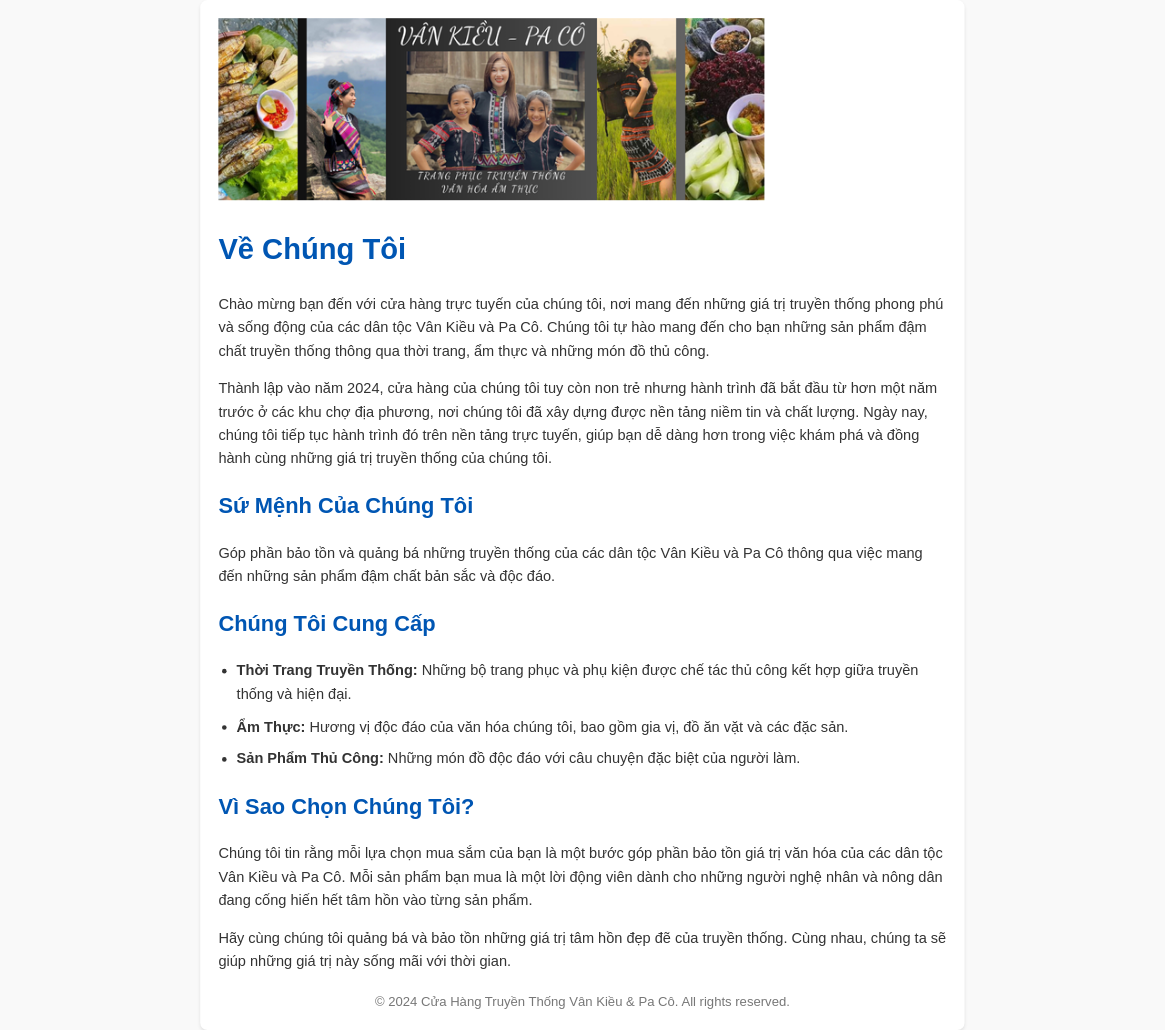
Repository: DangVai/LocalProduct
Page: http://localhost/LocalProduct/Views/frontend/aboutus.php
These files come from the project's save history. The page is drawn as it stood at one moment and after a run of saves; the edit follows.
The browser window is 1280 px wide. The pictures show the whole page, at 91% of full size.
The page is run by PHP 8.4 with error messages shown; the project is at /var/www/html/.

Above is the page before, as saved 2024-12-31 08:56:45.

### Views/frontend/aboutus.php
<!DOCTYPE html>
<html lang="vi">

<head>
    <meta charset="UTF-8">
    <meta name="viewport" content="width=device-width, initial-scale=1.0">
    <title>Về Chúng Tôi</title>
    <link rel="stylesheet" href="/LocalProduct/public/css/aboutus.css">
</head>

<body>
    <div class="container">
        <div class="banner">
            <img src="/LocalProduct/public/images/Vân Kiều - Pa Cô.png " alt="Banner ">
        </div>
        <h1>Về Chúng Tôi</h1>
        <p>Chào mừng bạn đến với cửa hàng trực tuyến của chúng tôi, nơi mang đến những giá trị truyền thống phong phú và sống động của các dân tộc Vân Kiều và Pa Cô. Chúng tôi tự hào mang đến cho bạn những sản phẩm đậm chất truyền thống thông qua thời trang, ẩm thực và những món đồ thủ công.</p>

        <p>Thành lập vào năm 2024, cửa hàng của chúng tôi tuy còn non trẻ nhưng hành trình đã bắt đầu từ hơn một năm trước ở các khu chợ địa phương, nơi chúng tôi đã xây dựng được nền tảng niềm tin và chất lượng. Ngày nay, chúng tôi tiếp tục hành trình đó trên nền tảng trực tuyến, giúp bạn dễ dàng hơn trong việc khám phá và đồng hành cùng những giá trị truyền thống của chúng tôi.</p>

        <h2>Sứ Mệnh Của Chúng Tôi</h2>
        <p>Góp phần bảo tồn và quảng bá những truyền thống của các dân tộc Vân Kiều và Pa Cô thông qua việc mang đến những sản phẩm đậm chất bản sắc và độc đáo.</p>

        <h2>Chúng Tôi Cung Cấp</h2>
        <ul>
            <li><strong>Thời Trang Truyền Thống:</strong> Những bộ trang phục và phụ kiện được chế tác thủ công kết hợp giữa truyền thống và hiện đại.</li>
            <li><strong>Ẩm Thực:</strong> Hương vị độc đáo của văn hóa chúng tôi, bao gồm gia vị, đồ ăn vặt và các đặc sản.</li>
            <li><strong>Sản Phẩm Thủ Công:</strong> Những món đồ độc đáo với câu chuyện đặc biệt của người làm.</li>
        </ul>

        <h2>Vì Sao Chọn Chúng Tôi?</h2>
        <p>Chúng tôi tin rằng mỗi lựa chọn mua sắm của bạn là một bước góp phần bảo tồn giá trị văn hóa của các dân tộc Vân Kiều và Pa Cô. Mỗi sản phẩm bạn mua là một lời động viên dành cho những người nghệ nhân và nông dân đang cống hiến hết tâm hồn vào từng sản phẩm.</p>

        <p>Hãy cùng chúng tôi quảng bá và bảo tồn những giá trị tâm hồn đẹp đẽ của truyền thống. Cùng nhau, chúng ta sẽ giúp những giá trị này sống mãi với thời gian.</p>

        <div class="footer">&copy; 2024 Cửa Hàng Truyền Thống Vân Kiều & Pa Cô. All rights reserved.</div>
    </div>
</body>

</html>

### public/css/aboutus.css
  body {
      font-family: Arial, sans-serif;
      line-height: 1.6;
      margin: 0;
      padding: 0;
      background-color: #f9f9f9;
      color: #333;
  }

  .container {
      max-width: 800px;
      margin: 0 auto;
      padding: 20px;
      background: #fff;
      box-shadow: 0 2px 4px rgba(0, 0, 0, 0.1);
      border-radius: 8px;
  }

  h1,
  h2 {
      color: #0056b3;
  }

  ul {
      padding-left: 20px;
  }

  li {
      margin-bottom: 10px;
  }

  .footer {
      text-align: center;
      margin-top: 20px;
      font-size: 0.9em;
      color: #777;
  }

### index.php
<?php
require './Config/db.php';
require './Models/BaseModel.php';
// Import tệp chứa lớp cơ bản cho các Controllers
require './Controllers/BaseController.php';

// Lấy tên controller từ tham số 'controller' trong URL
$controllersName = ucfirst(strtolower($_REQUEST['controller'] ?? 'index')) . 'Controller'; // Default to 'IndexController'

// Lấy tên action từ tham số 'action' trong URL
$actionName = $_REQUEST['action'] ?? 'introduction'; // Default to 'introduction'

// Đường dẫn đến tệp Controller tương ứng
$controllerPath = './Controllers/' . $controllersName . '.php';

// Kiểm tra xem tệp Controller có tồn tại không
if (!file_exists($controllerPath)) {
    error_log("Controller file '{$controllersName}.php' not found.");
    exit("Controller not found");
}

require $controllerPath; // Nhúng file Controller

// Kiểm tra xem lớp Controller có tồn tại không
if (!class_exists($controllersName)) {
    error_log("Controller class '{$controllersName}' not found.");
    exit("Controller class not found");
}

// Tạo đối tượng từ lớp Controller đã nhập
$controllerObject = new $controllersName();

// Kiểm tra xem có yêu cầu 'handleLogin' từ controller 'user'
if ($_SERVER['REQUEST_METHOD'] === 'POST' && $_GET['controller'] === 'user' && $_GET['action'] === 'handleLogin') {
    $controllerObject->handleLogin();  // Gọi phương thức handleLogin từ đối tượng hiện tại
}

// Kiểm tra xem phương thức (action) có tồn tại không
if (!method_exists($controllerObject, $actionName)) {
    error_log("Action '{$actionName}' not found in '{$controllersName}' controller.");
    exit("Action not found");
}

// Lấy danh sách tham số của phương thức
$actionNameArgs = $controllerObject->get_func_argNames($actionName);

// Kiểm tra nếu phương thức có tham số và extract chúng từ $_REQUEST
$intersectKeys = extractProperties($_REQUEST, $actionNameArgs);

$controllerObject->$actionName(...array_values($intersectKeys));

// Hàm lấy tên các tham số của phương thức
function extractProperties(array $array, array $keys): array
{
    return array_intersect_key($array, array_flip($keys));
}

### Config/db.php
<?php
class db
{
protected $connect;

public function __construct()
{
$host = 'localhost';
$dbname = 'localProducts';
$username = 'root';
$password = '';

$this->connect = new mysqli($host, $username, $password, $dbname);

if ($this->connect->connect_error) {
die("Connection failed: " . $this->connect->connect_error);
}
}

public function getConnection()
{
return $this->connect;
}
}

### Models/BaseModel.php
<?php
class BaseModel extends db
{
    protected $table_name;

    public function __construct(string $table_name)
    {
        parent::__construct(); // Gọi constructor của class db
        $this->table_name = $table_name;
    }

    public function all()
    {
        $result = $this->connect->query("SELECT * FROM $this->table_name");
        return $result->fetch_all(MYSQLI_ASSOC);
    }

    public function find($id)
    {
        $stmt = $this->connect->prepare("SELECT * FROM $this->table_name WHERE id = ?");
        $stmt->bind_param("i", $id);
        $stmt->execute();
        $result = $stmt->get_result();
        return $result->fetch_assoc();
    }

    // public function findByUsername($username)
    // {
    //     $stmt = $this->connect->prepare("SELECT * FROM $this->table_name WHERE Name = ?");
    //     $stmt->bind_param("s", $username);
    //     $stmt->execute();
    //     $result = $stmt->get_result();
    //     return $result->fetch_assoc();
    // }

    public function store($columns, $values)
    {
        $columns_str = implode(',', $columns);
        $placeholders = implode(',', array_fill(0, count($values), '?'));
        $types = str_repeat('s', count($values)); // Giả sử tất cả đều là chuỗi, chỉnh sửa nếu cần

        $stmt = $this->connect->prepare("INSERT INTO $this->table_name ($columns_str) VALUES ($placeholders)");
        $stmt->bind_param($types, ...$values);
        return $stmt->execute();
    }
}

### Controllers/BaseController.php
<?php
class BaseController extends db
{

    const VERSION = 'Views';  // This is assumed to be the folder name containing your view files
    public function loadModel($model)
    {
        session_start();
        require_once './Models/' . $model . '.php';
    }
    /**
     * Description:
     * + part name: folderName.fileName
     * + chỉ cần lấy từ sau thư mục views
     * + tất cả các file mà muốn gọi đến views đều phải extends BaseController kế thừa phương thức của lớp cha
     * + file con dùng return $this->view()để trỏ đến function ViewPath() trong lớp BaseController
     */
    public function view($viewPath, array $data = [])
    {
        // Truyền trực tiếp mảng data vào view
        extract($data);  // Biến mảng $data thành các biến động

        // Gọi file view từ thư mục Views/frontend
        $file = self::VERSION . '/'. str_replace('.', '/', $viewPath) . '.php';

        // Kiểm tra file tồn tại trước khi require
        if (!file_exists($file)) {
            die("File view '{$file}' không tồn tại.");
        }

        // require($file);
        require("Views/layouts/defaultlayouts.php");

    }
    public function viewWithoutLayout($viewPath, array $data = [])
    {
        extract($data);  // Biến mảng $data thành các biến động

        // Gọi file view từ thư mục Views/frontend
        $file = self::VERSION . '/' . str_replace('.', '/', $viewPath) . '.php';

        // Kiểm tra file tồn tại trước khi require
        if (!file_exists($file)) {
            die("File view '{$file}' không tồn tại.");
        }

        // require file view mà không có layout
        require("Views/layouts/customlayout.php");

    }
    public function withThoutFooter($viewPath, array $data = [])
    {
        extract($data);  // Biến mảng $data thành các biến động

        // Gọi file view từ thư mục Views/frontend
        $file = self::VERSION . '/' . str_replace('.', '/', $viewPath) . '.php';

        // Kiểm tra file tồn tại trước khi require
        if (!file_exists($file)) {
            die("File view '{$file}' không tồn tại.");
        }

        // require file view mà không có layout
        require("Views/layouts/withThoutFooter.php");

    }
     public function viewNoLayt($viewPath, array $data = [])
    {
        extract($data);  // Biến mảng $data thành các biến động

        // Gọi file view từ thư mục Views/frontend
        $file = self::VERSION . '/' . str_replace('.', '/', $viewPath) . '.php';

        // Kiểm tra file tồn tại trước khi require
        if (!file_exists($file)) {
            die("File view '{$file}' không tồn tại.");
        }

        // require file view mà không có layout
        require("Views/layouts/noLayout.php");

    }
    /**
     * Lấy danh sách các tham số của phương thức.
     *
     * @param string $funcName Tên phương thức cần lấy tham số.
     * @return array Danh sách tên các tham số của phương thức.
     */
    public function get_func_argNames($funcName)
    {
        $f = new ReflectionMethod($this, $funcName);
        $result = [];
        foreach ($f->getParameters() as $param) {
            $result[] = $param->name;
        }
        return $result;
    }
}

### Controllers/IndexController.php
<?php

require_once 'models/Product.php';

class HomeController
{
    private $productModel;

    public function __construct($productModel)
    {
        $this->productModel = $productModel;
    }

    // Hiển thị trang chủ với sản phẩm nổi bật
    public function index()
    {
        $featuredProducts = $this->productModel->getFeaturedProductsByQuantity();
        require_once 'views/home.php'; // Gọi View để hiển thị
    }

    // Xử lý thêm sản phẩm vào giỏ hàng
    public function addToCart($product_id)
    {
        // Giả sử ta thêm vào session
        $this->productModel->addToCart($product_id, 1); // Ví dụ thêm 1 sản phẩm vào giỏ hàng
        header("Location: /cart"); // Chuyển hướng đến trang giỏ hàng
    }

    // Xử lý thay đổi trạng thái yêu thích của sản phẩm
    public function toggleFavorite($product_id)
    {
        $this->productModel->toggleFavorite($product_id);
        header("Location: /"); // Quay lại trang chủ
    }
}

After the next 2 saves:
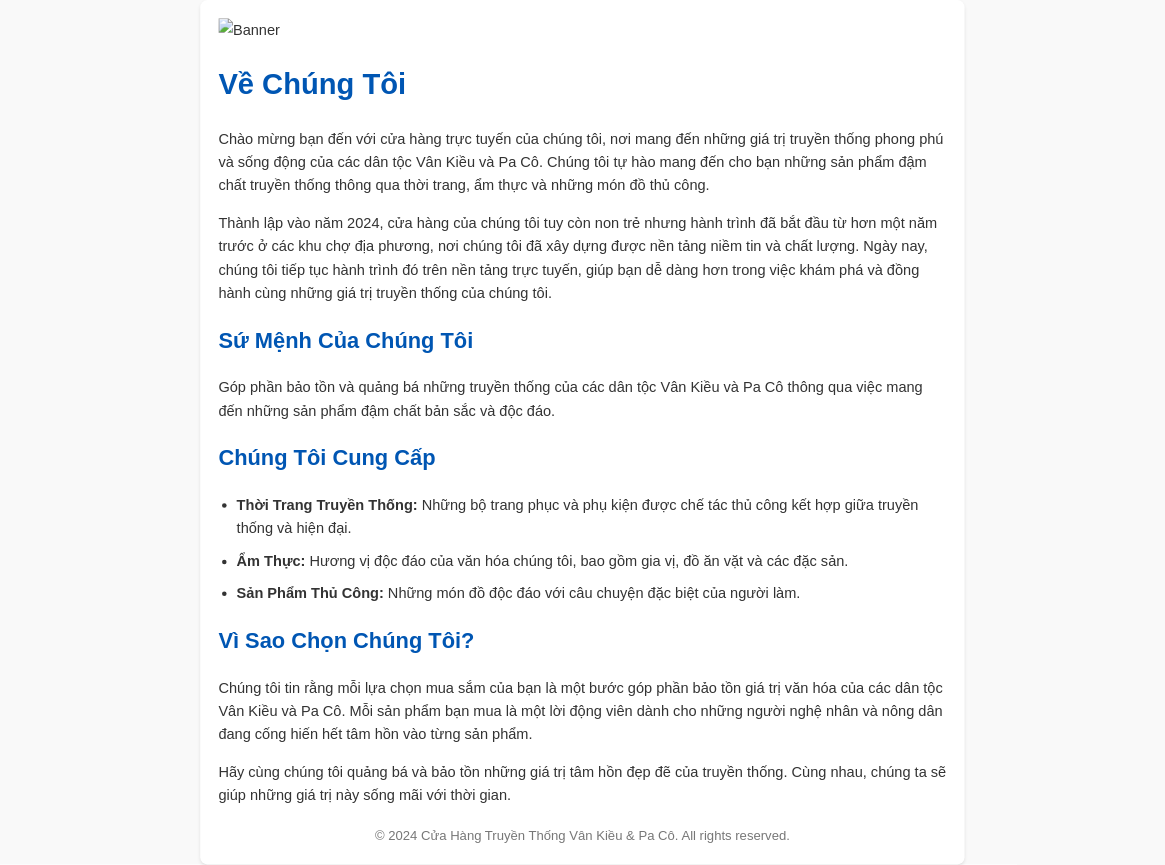
The 2 saves are shown as one change because they came seconds apart.
The last was saved 11 s later.
--- a/Views/frontend/aboutus.php
+++ b/Views/frontend/aboutus.php
@@ -11,7 +11,7 @@
 <body>
     <div class="container">
         <div class="banner">
-            <img src="/LocalProduct/public/images/Vân Kiều - Pa Cô.png " alt="Banner ">
+            <img src="/LocalProduct/public/images/" alt="Banner ">
         </div>
         <h1>Về Chúng Tôi</h1>
         <p>Chào mừng bạn đến với cửa hàng trực tuyến của chúng tôi, nơi mang đến những giá trị truyền thống phong phú và sống động của các dân tộc Vân Kiều và Pa Cô. Chúng tôi tự hào mang đến cho bạn những sản phẩm đậm chất truyền thống thông qua thời trang, ẩm thực và những món đồ thủ công.</p>
